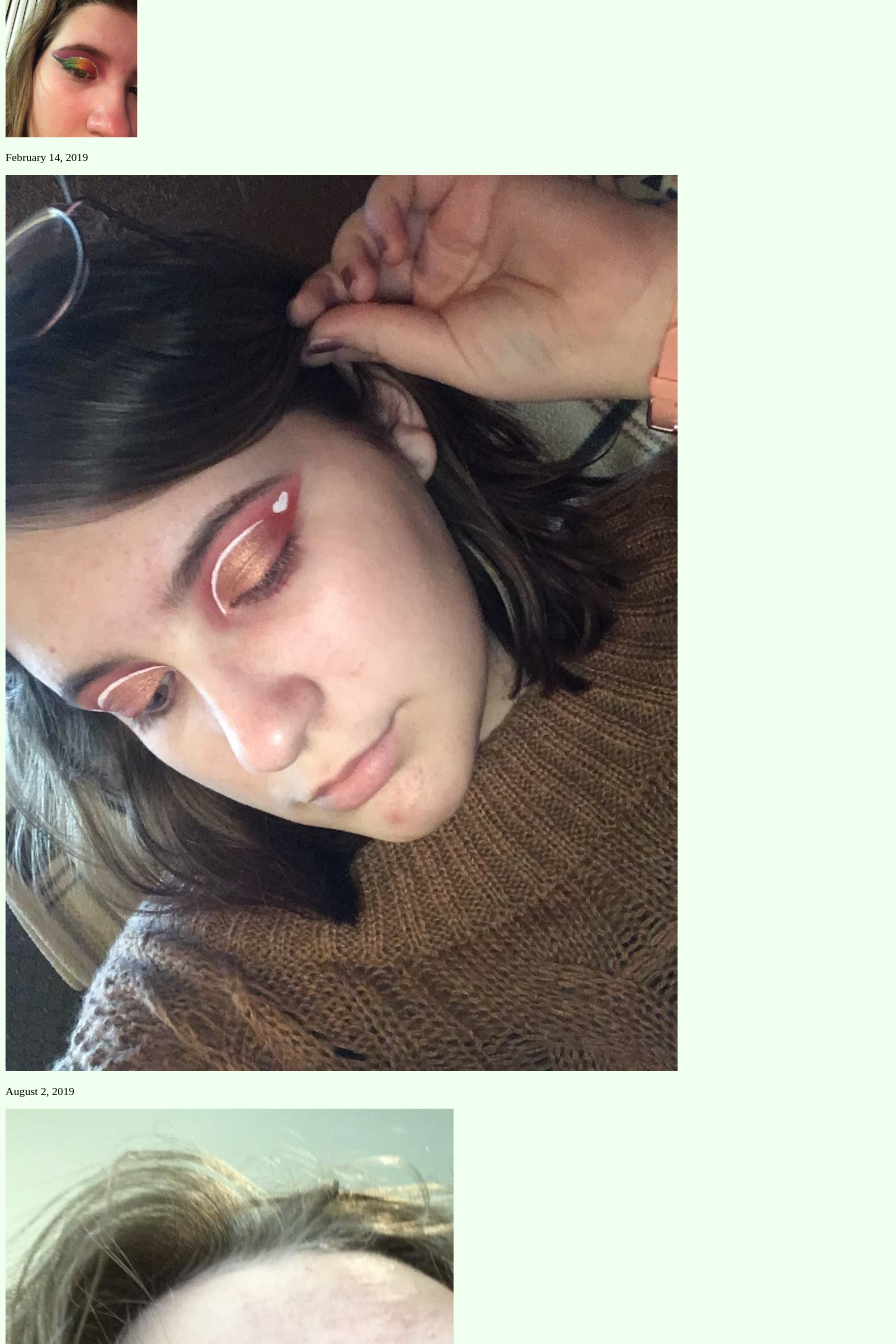
Repository: EMcmurray1862/emcmurray1862.github.io
Page: my_website/makeup.html
The author's editor kept a record of every edit. The page is drawn from the files as they stood at one moment, then again after the next edit.
The browser window is 1280 px wide. The pictures show the part of the page from y = 550 to 2470 px (the page is 8830 px tall before and 7800 px after), at 70% of full size.

Above is the page before.

After the next edit:
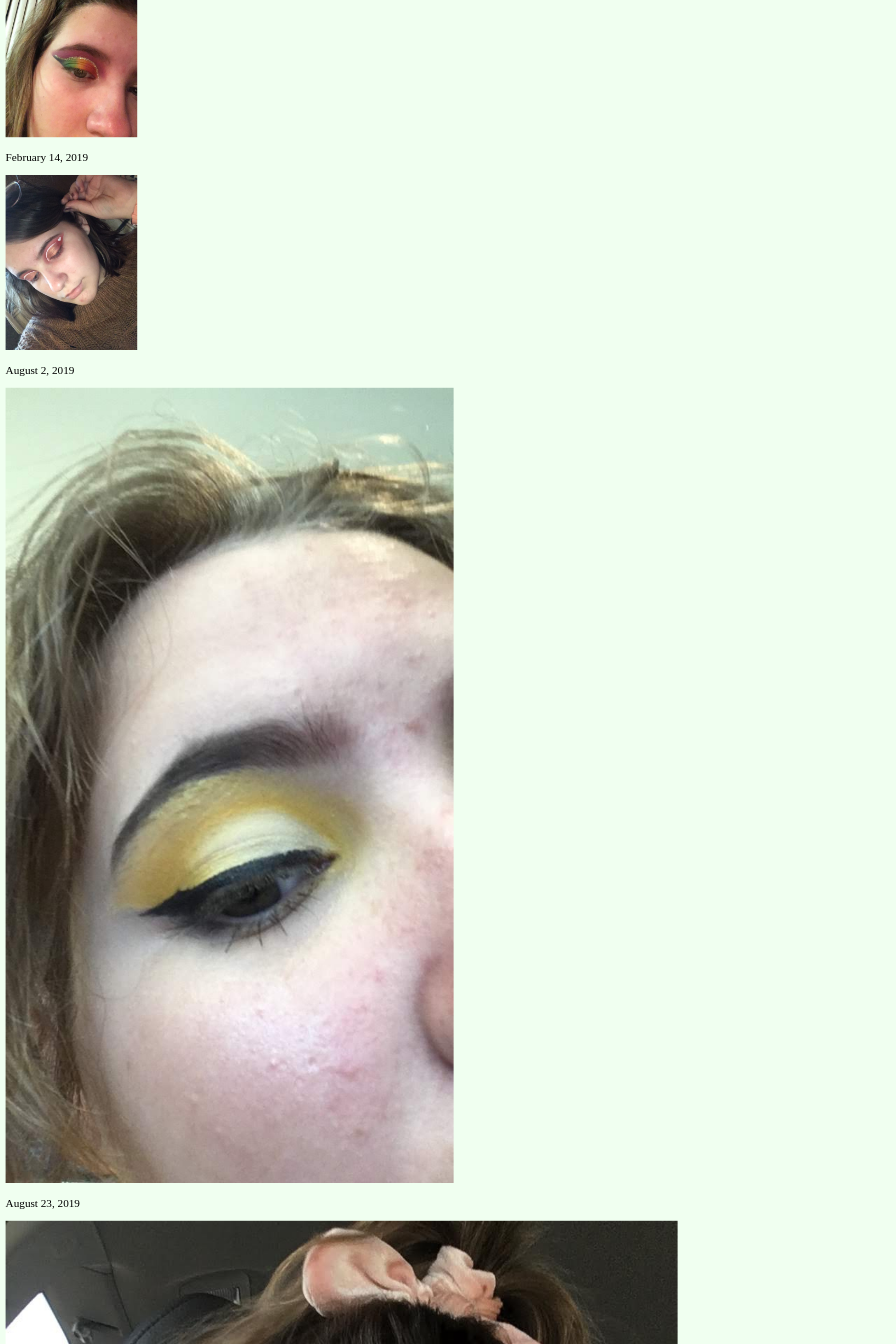
The edit:
--- a/my_website/makeup.html
+++ b/my_website/makeup.html
@@ -16,7 +16,7 @@
       <p>January 30, 2019</p>
     <img src="images/rainbow_cutcrease.jpg" height="250">
     <p>February 14, 2019</p>
-    <img src="images/valentines_look.jpg">
+    <img src="images/valentines_look.jpg" height="250">
     <p>August 2, 2019</p>
     <img src="images/yellow_cutcrease.jpg">
     <p>August 23, 2019</p>
